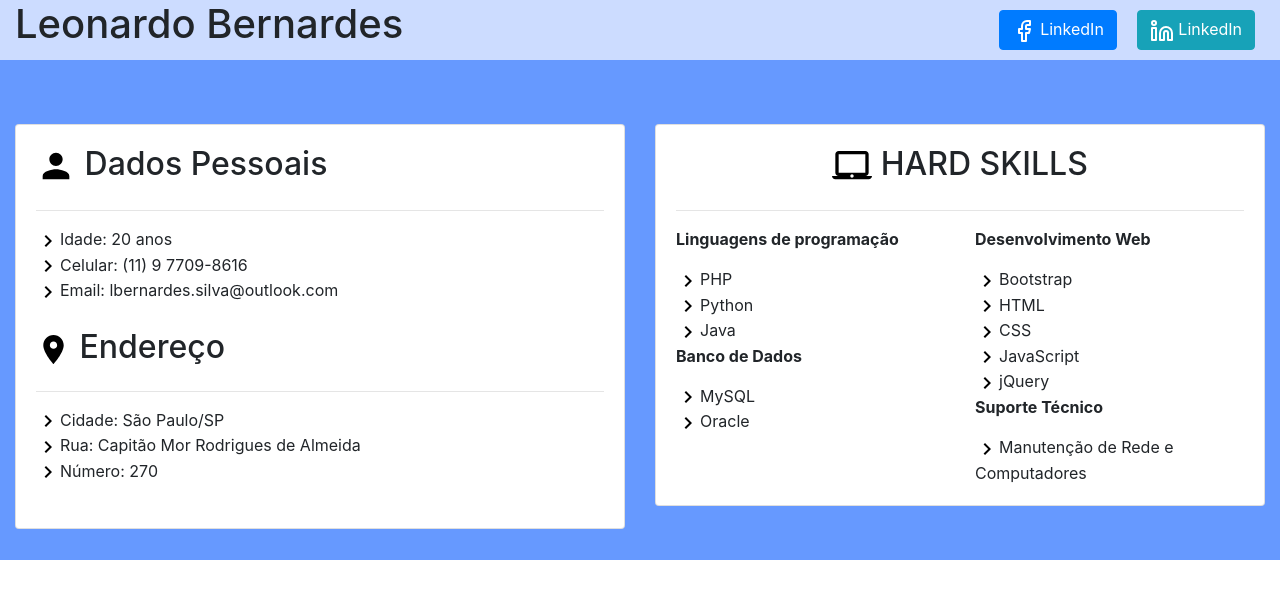
Repository: MeuAmor/meuamor.github.io
Page: index.html
These files come from the project's save history. The page is drawn as it stood at one moment and after the next save; the edit follows.
The browser window is 1280 px wide. The pictures show the whole page.

Above is the page before, as saved 2019-05-28 22:09:33.

### index.html
<!DOCTYPE html>
<html lang="pt">
<head>
  <title>Portfólio</title>
  <meta charset="utf-8">
  <meta name="viewport" content="width=device-width, initial-scale=1">
  <link rel="stylesheet" href="assets/css/bootstrap4.1/bootstrap.min.css">
  <script src="assets/js/jquery.3.3.1.min.js"></script>
  <script src="assets/js/bootstrap4.1/popper.min.js"></script>
	<script src="assets/js/bootstrap4.1/bootstrap.min.js"></script>
	<!-- <style>
			hr {
				margin-top: 1rem;
				margin-bottom: 1rem;
				border: 5;
				border-top: 1px solid rgba(0, 0, 0, 0.1);
			}
		</style> -->
</head>
<body class="container-fluid">


	<div class="row" style="background:#ccdcff">
		<div class="col-md-6 ">
			<h1>Leonardo Bernardes</h1>
		</div>
		<div class="col-md-6 " id="redes_sociais">
			<a style="margin:10px;" class="btn btn-info btn-xs float-right" href="http://www.linkedin.com/in/leonardo-bernardes-da-silva-a8869b132">
				<svg xmlns="http://www.w3.org/2000/svg" width="24" height="24" viewBox="0 0 24 24" fill="none" stroke="currentColor" stroke-width="2" stroke-linecap="round" stroke-linejoin="round" class="feather feather-linkedin">
					<path d="M16 8a6 6 0 0 1 6 6v7h-4v-7a2 2 0 0 0-2-2 2 2 0 0 0-2 2v7h-4v-7a6 6 0 0 1 6-6z"></path><rect x="2" y="9" width="4" height="12"></rect>
					<circle cx="4" cy="4" r="2"></circle></svg>	LinkedIn</a>
				<a style="margin:10px;" class="btn btn-primary btn-xs float-right" href="http://www.facebook.com/lezinho.bernardes">
					<svg xmlns="http://www.w3.org/2000/svg" width="24" height="24" viewBox="0 0 24 24" fill="none" stroke="currentColor" stroke-width="2" stroke-linecap="round" stroke-linejoin="round" class="feather feather-facebook">
						<path d="M18 2h-3a5 5 0 0 0-5 5v3H7v4h3v8h4v-8h3l1-4h-4V7a1 1 0 0 1 1-1h3z"></path>
					</svg>
					LinkedIn
				</a>
		</div>


</div>
<div class="row" style="background:#6699ff;min-height: 500px;">

	<!-- <hr> -->
	<!-- <p style="margin: 10px;">
		<a class="btn btn-dark" data-toggle="collapse" href="#multiCollapseExample1" role="button" aria-expanded="false" aria-controls="multiCollapseExample1">Toggle first element</a>
		<button class="btn btn-dark" type="button" data-toggle="collapse" data-target="#multiCollapseExample2" aria-expanded="false" aria-controls="multiCollapseExample2">Toggle second element</button>
		<button class="btn btn-dark" type="button" data-toggle="collapse" data-target=".multi-collapse" aria-expanded="false" aria-controls="multiCollapseExample1 multiCollapseExample2">Toggle both elements</button> -->
	<!-- </p> -->


	<div class="col-md-6" style="margin-top: 5%;">
		<div class="card card-body">
				<h2> <svg xmlns="http://www.w3.org/2000/svg" width="40" height="40" viewBox="0 0 24 24"><path d="M12 12c2.21 0 4-1.79 4-4s-1.79-4-4-4-4 1.79-4 4 1.79 4 4 4zm0 2c-2.67 0-8 1.34-8 4v2h16v-2c0-2.66-5.33-4-8-4z"/><path d="M0 0h24v24H0z" fill="none"/></svg> Dados Pessoais</h2>
				<hr>
					<div>

						<svg xmlns="http://www.w3.org/2000/svg" width="24" height="24" viewBox="0 0 24 24">
							<path d="M8.59 16.59L13.17 12 8.59 7.41 10 6l6 6-6 6-1.41-1.41z"/>
							<path fill="none" d="M0 0h24v24H0V0z"/>
						</svg>Idade: 20 anos<br>
						<svg xmlns="http://www.w3.org/2000/svg" width="24" height="24" viewBox="0 0 24 24">
							<path d="M8.59 16.59L13.17 12 8.59 7.41 10 6l6 6-6 6-1.41-1.41z"/>
							<path fill="none" d="M0 0h24v24H0V0z"/>
						</svg>Celular: (11) 9 7709-8616<br>
						<svg xmlns="http://www.w3.org/2000/svg" width="24" height="24" viewBox="0 0 24 24">
							<path d="M8.59 16.59L13.17 12 8.59 7.41 10 6l6 6-6 6-1.41-1.41z"/>
							<path fill="none" d="M0 0h24v24H0V0z"/>
						</svg>Email: lbernardes.silva@outlook.com<br><br>
					</div>

				<h2> <svg xmlns="http://www.w3.org/2000/svg" width="35" height="35" viewBox="0 0 24 24"><path d="M12 2C8.13 2 5 5.13 5 9c0 5.25 7 13 7 13s7-7.75 7-13c0-3.87-3.13-7-7-7zm0 9.5c-1.38 0-2.5-1.12-2.5-2.5s1.12-2.5 2.5-2.5 2.5 1.12 2.5 2.5-1.12 2.5-2.5 2.5z"/><path d="M0 0h24v24H0z" fill="none"/></svg> Endereço</h2>
				<hr>
				<div>
					<svg xmlns="http://www.w3.org/2000/svg" width="24" height="24" viewBox="0 0 24 24">
						<path d="M8.59 16.59L13.17 12 8.59 7.41 10 6l6 6-6 6-1.41-1.41z"/>
						<path fill="none" d="M0 0h24v24H0V0z"/>
					</svg>Cidade: São Paulo/SP<br>
					<svg xmlns="http://www.w3.org/2000/svg" width="24" height="24" viewBox="0 0 24 24">
						<path d="M8.59 16.59L13.17 12 8.59 7.41 10 6l6 6-6 6-1.41-1.41z"/>
						<path fill="none" d="M0 0h24v24H0V0z"/>
					</svg>Rua: Capitão Mor Rodrigues de Almeida<br>
					<svg xmlns="http://www.w3.org/2000/svg" width="24" height="24" viewBox="0 0 24 24">
						<path d="M8.59 16.59L13.17 12 8.59 7.41 10 6l6 6-6 6-1.41-1.41z"/>
						<path fill="none" d="M0 0h24v24H0V0z"/>
					</svg>Número: 270<br><br>
				</div>
		</div>
	</div>
	<div class="col-md-6" style="margin-top: 5%;">
		<div class="card card-body">
			<h2 style="text-align:center;"><svg xmlns="http://www.w3.org/2000/svg" width="40" height="40" viewBox="0 0 24 24"><path d="M0 0h24v24H0z" fill="none"/><path d="M20 18c1.1 0 1.99-.9 1.99-2L22 5c0-1.1-.9-2-2-2H4c-1.1 0-2 .9-2 2v11c0 1.1.9 2 2 2H0c0 1.1.9 2 2 2h20c1.1 0 2-.9 2-2h-4zM4 5h16v11H4V5zm8 14c-.55 0-1-.45-1-1s.45-1 1-1 1 .45 1 1-.45 1-1 1z"/></svg> HARD SKILLS  </h2>
			<hr>
				<div class="row">

					<div class="col-md-6">

						<p><b>Linguagens de programação</b></p>
						<div>
							<svg xmlns="http://www.w3.org/2000/svg" width="24" height="24" viewBox="0 0 24 24">
								<path d="M8.59 16.59L13.17 12 8.59 7.41 10 6l6 6-6 6-1.41-1.41z"/>
								<path fill="none" d="M0 0h24v24H0V0z"/>
							</svg>PHP<br>
							<svg xmlns="http://www.w3.org/2000/svg" width="24" height="24" viewBox="0 0 24 24">
								<path d="M8.59 16.59L13.17 12 8.59 7.41 10 6l6 6-6 6-1.41-1.41z"/>
								<path fill="none" d="M0 0h24v24H0V0z"/>
							</svg>Python<br>
							<svg xmlns="http://www.w3.org/2000/svg" width="24" height="24" viewBox="0 0 24 24">
								<path d="M8.59 16.59L13.17 12 8.59 7.41 10 6l6 6-6 6-1.41-1.41z"/>
								<path fill="none" d="M0 0h24v24H0V0z"/>
							</svg>Java<br>
						</div>
						<p><b>Banco de Dados</b></p>
						<div>
							<svg xmlns="http://www.w3.org/2000/svg" width="24" height="24" viewBox="0 0 24 24">
								<path d="M8.59 16.59L13.17 12 8.59 7.41 10 6l6 6-6 6-1.41-1.41z"/>
								<path fill="none" d="M0 0h24v24H0V0z"/>
							</svg>MySQL<br>
							<svg xmlns="http://www.w3.org/2000/svg" width="24" height="24" viewBox="0 0 24 24">
								<path d="M8.59 16.59L13.17 12 8.59 7.41 10 6l6 6-6 6-1.41-1.41z"/>
								<path fill="none" d="M0 0h24v24H0V0z"/>
							</svg>Oracle<br>
						</div>

					</div>
					<div class="col-md-6">
							<p><b>Desenvolvimento Web</b></p>
						<div>
							<svg xmlns="http://www.w3.org/2000/svg" width="24" height="24" viewBox="0 0 24 24">
								<path d="M8.59 16.59L13.17 12 8.59 7.41 10 6l6 6-6 6-1.41-1.41z"/>
								<path fill="none" d="M0 0h24v24H0V0z"/>
							</svg>Bootstrap<br>
							<svg xmlns="http://www.w3.org/2000/svg" width="24" height="24" viewBox="0 0 24 24">
								<path d="M8.59 16.59L13.17 12 8.59 7.41 10 6l6 6-6 6-1.41-1.41z"/>
								<path fill="none" d="M0 0h24v24H0V0z"/>
							</svg>HTML<br>
							<svg xmlns="http://www.w3.org/2000/svg" width="24" height="24" viewBox="0 0 24 24">
								<path d="M8.59 16.59L13.17 12 8.59 7.41 10 6l6 6-6 6-1.41-1.41z"/>
								<path fill="none" d="M0 0h24v24H0V0z"/>
							</svg>CSS<br>
							<svg xmlns="http://www.w3.org/2000/svg" width="24" height="24" viewBox="0 0 24 24">
								<path d="M8.59 16.59L13.17 12 8.59 7.41 10 6l6 6-6 6-1.41-1.41z"/>
								<path fill="none" d="M0 0h24v24H0V0z"/>
							</svg>JavaScript<br>
							<svg xmlns="http://www.w3.org/2000/svg" width="24" height="24" viewBox="0 0 24 24">
								<path d="M8.59 16.59L13.17 12 8.59 7.41 10 6l6 6-6 6-1.41-1.41z"/>
								<path fill="none" d="M0 0h24v24H0V0z"/>
							</svg>jQuery<br>
						</div>

						<p><b>Suporte Técnico</b></p>
						<div>
								<svg xmlns="http://www.w3.org/2000/svg" width="24" height="24" viewBox="0 0 24 24">
									<path d="M8.59 16.59L13.17 12 8.59 7.41 10 6l6 6-6 6-1.41-1.41z"/>
									<path fill="none" d="M0 0h24v24H0V0z"/>
								</svg>Manutenção de Rede e Computadores<br>
							</div>
					</div>

				</div>
			</div>

	</div>

</div>
</body>
</html>

Loaded but not shown: assets/css/bootstrap4.1/bootstrap.min.css (library); assets/js/jquery.3.3.1.min.js (library); assets/js/bootstrap4.1/popper.min.js (library); assets/js/bootstrap4.1/bootstrap.min.js (library)

After the next save:
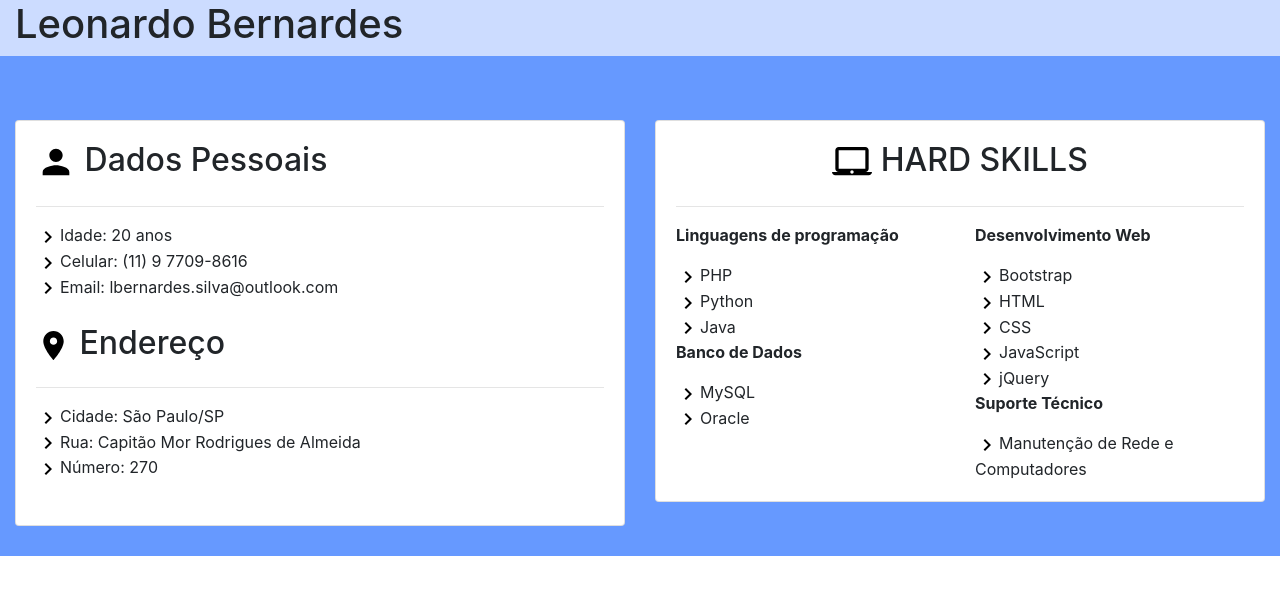
Saved 83 days later.
--- a/index.html
+++ b/index.html
@@ -1,7 +1,7 @@
 <!DOCTYPE html>
 <html lang="pt">
 <head>
-  <title>Portfólio</title>
+  <title>2 ANOS</title>
   <meta charset="utf-8">
   <meta name="viewport" content="width=device-width, initial-scale=1">
   <link rel="stylesheet" href="assets/css/bootstrap4.1/bootstrap.min.css">
@@ -25,7 +25,7 @@
 			<h1>Leonardo Bernardes</h1>
 		</div>
 		<div class="col-md-6 " id="redes_sociais">
-			<a style="margin:10px;" class="btn btn-info btn-xs float-right" href="http://www.linkedin.com/in/leonardo-bernardes-da-silva-a8869b132">
+			<!-- <a style="margin:10px;" class="btn btn-info btn-xs float-right" href="http://www.linkedin.com/in/leonardo-bernardes-da-silva-a8869b132">
 				<svg xmlns="http://www.w3.org/2000/svg" width="24" height="24" viewBox="0 0 24 24" fill="none" stroke="currentColor" stroke-width="2" stroke-linecap="round" stroke-linejoin="round" class="feather feather-linkedin">
 					<path d="M16 8a6 6 0 0 1 6 6v7h-4v-7a2 2 0 0 0-2-2 2 2 0 0 0-2 2v7h-4v-7a6 6 0 0 1 6-6z"></path><rect x="2" y="9" width="4" height="12"></rect>
 					<circle cx="4" cy="4" r="2"></circle></svg>	LinkedIn</a>
@@ -34,7 +34,7 @@
 						<path d="M18 2h-3a5 5 0 0 0-5 5v3H7v4h3v8h4v-8h3l1-4h-4V7a1 1 0 0 1 1-1h3z"></path>
 					</svg>
 					LinkedIn
-				</a>
+				</a>  -->
 		</div>
 
 
